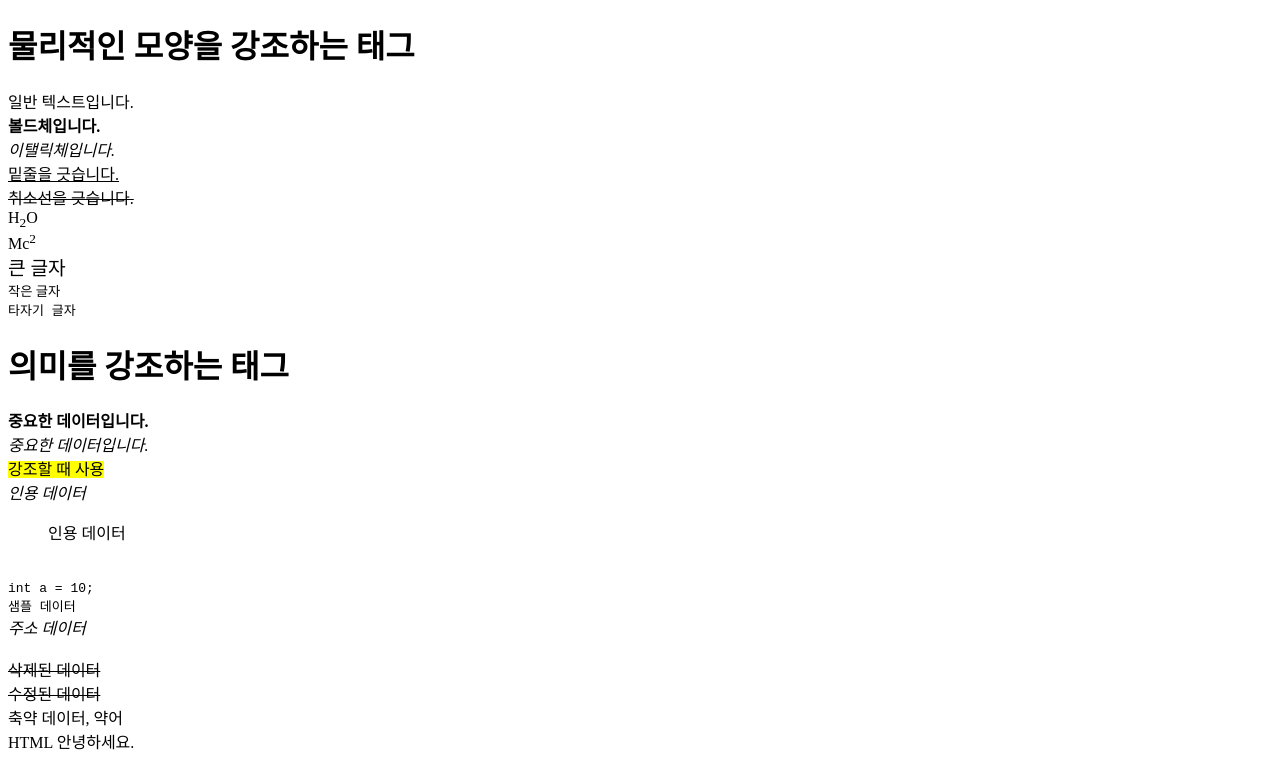
Repository: Hswwwww/WEB
Page: ClientTest/src/main/webapp/html/ex10_style.html
These files come from the project's save history. The page is drawn as it stood at one moment and after the next save; the edit follows.
The browser window is 1280 px wide. The pictures show the whole page.

Above is the page before, as saved 2024-03-13 01:24:50.

After the next save:
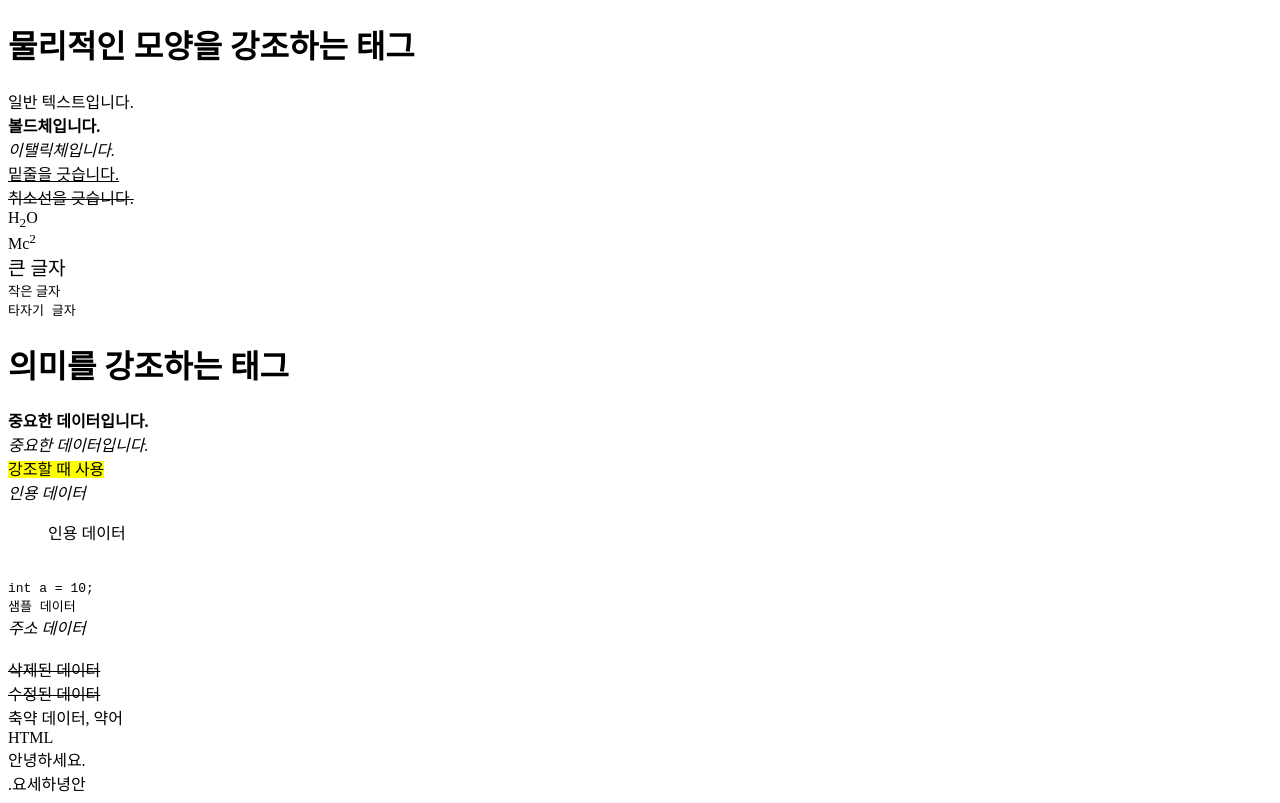
Saved 28 s later.
--- a/ClientTest/src/main/webapp/html/ex10_style.html
+++ b/ClientTest/src/main/webapp/html/ex10_style.html
@@ -35,9 +35,10 @@
 	<del>삭제된 데이터</del><br>
 	<s>수정된 데이터</s><br>
 	<abbr>축약 데이터, 약어</abbr><br>
-	<abbr>HTML</abbr>
+	<abbr>HTML</abbr><br>
 
-	<bdo>안녕하세요.</bdo>
+	<bdo dir = "ltr">안녕하세요.</bdo><br>
+	<bdo dir = "rtl">안녕하세요.</bdo><br>
 
 
 
